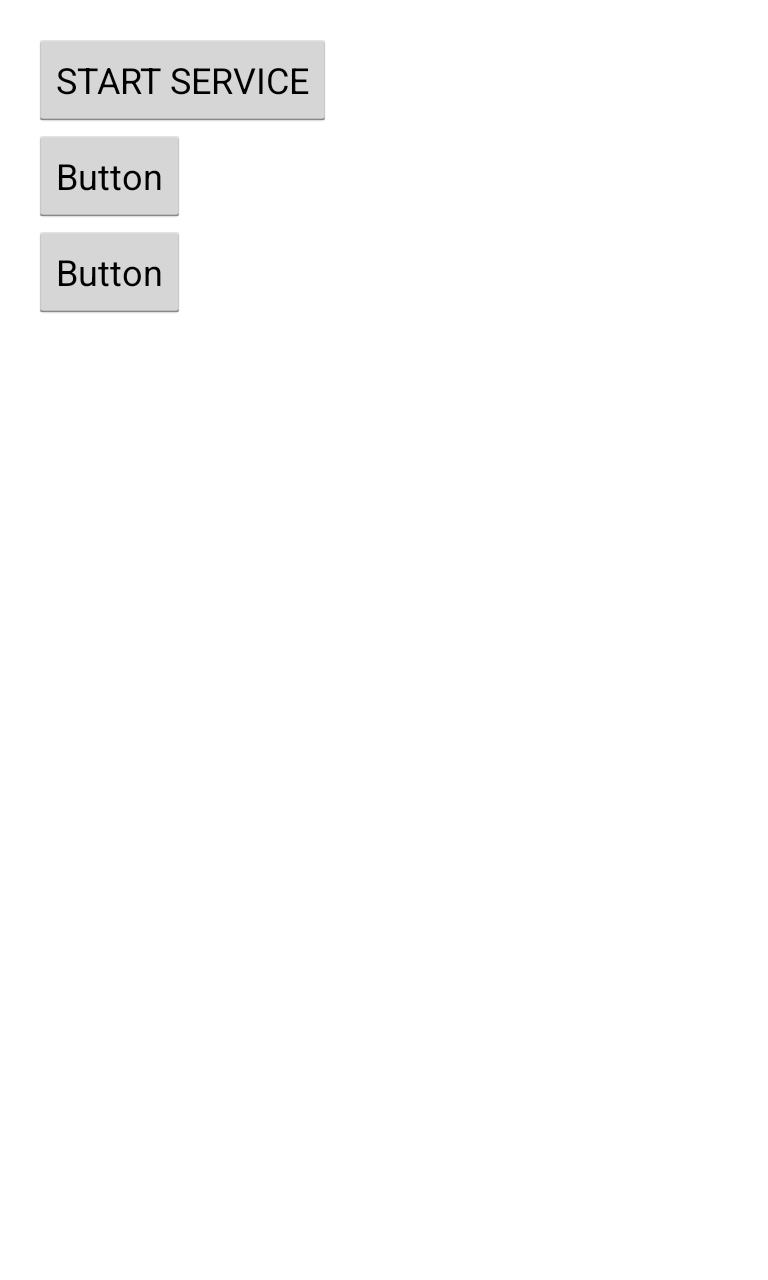
Repository: adrish00/android_learning
Layout: Demo001LinearLayoutExample/res/layout/activity_demo001_main.xml
The author's editor kept a copy of each file at every save. The layout is drawn from the files as they stood at one save, then again after the next save.
It is drawn on a 768 x 1280 px phone screen (xhdpi) without system bars, with theme AppTheme; the app's code is not run.

Above is the layout before, as saved 2015-09-04 23:07:01.

After the next save:
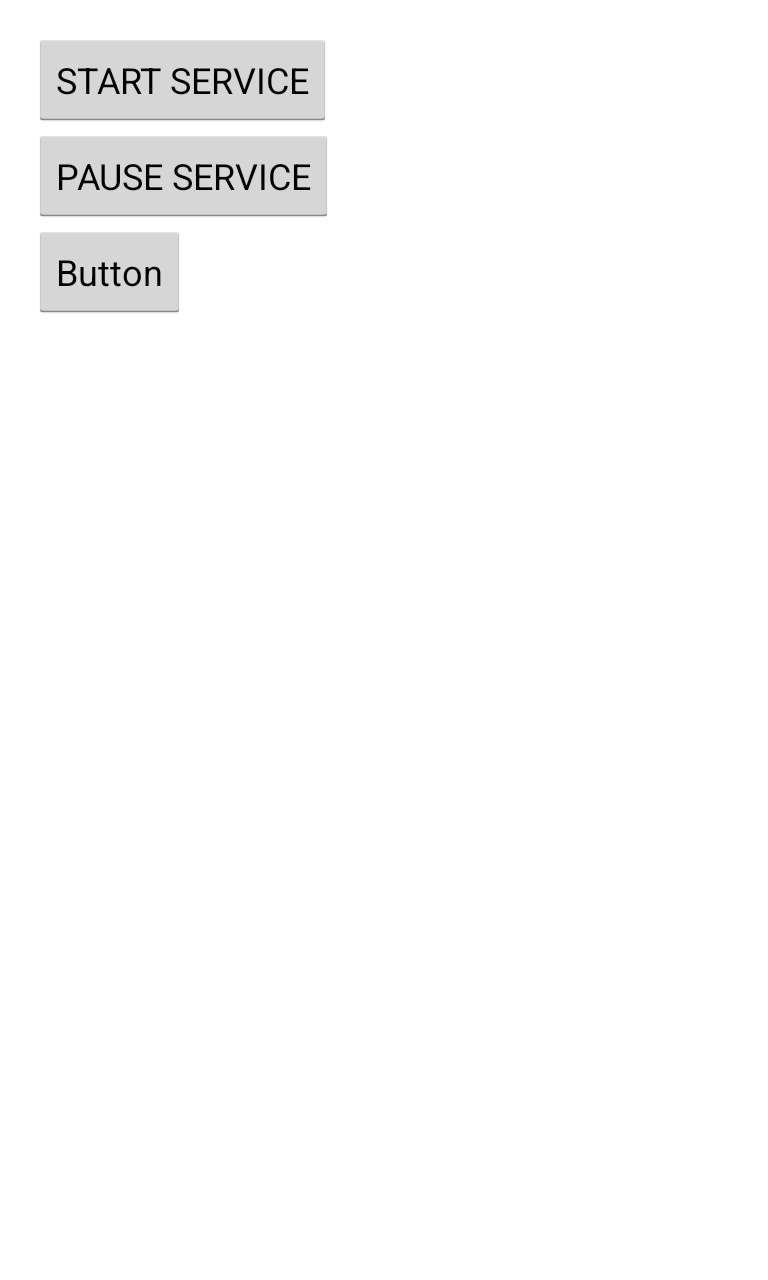
Saved 8 s later.
--- a/Demo001LinearLayoutExample/res/layout/activity_demo001_main.xml
+++ b/Demo001LinearLayoutExample/res/layout/activity_demo001_main.xml
@@ -20,7 +20,7 @@
         android:id="@+id/button2"
         android:layout_width="wrap_content"
         android:layout_height="wrap_content"
-        android:text="Button" />
+        android:text="@string/btn2" />
 
     <Button
         android:id="@+id/button3"
